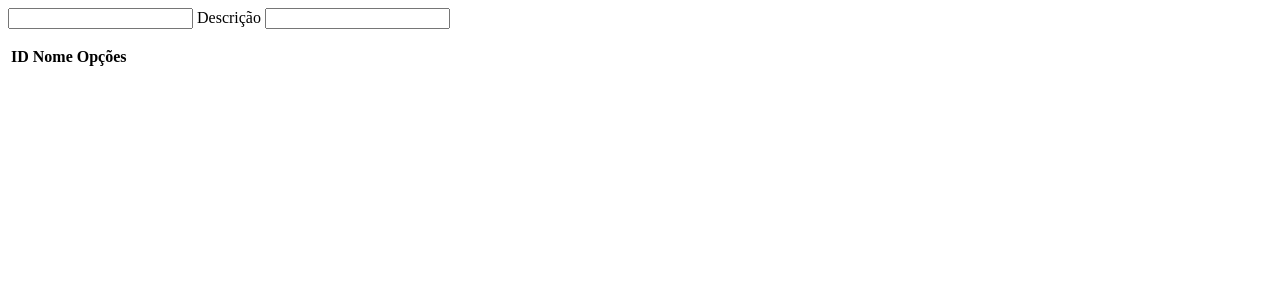
Repository: heloisakrajewski/projeto-leo
Page: Projeto/pyrafilms/WebContent/genero.html
The author's editor kept a copy of each file at every save. The page is drawn from the files as they stood at one save, then again after the next save.
The browser window is 1280 px wide. The pictures show the whole page.

Above is the page before, as saved 2016-11-26 20:34:29.

### Projeto/pyrafilms/WebContent/genero.html
<meta charset="utf-8">
    <meta http-equiv="X-UA-Compatible" content="IE=edge">
    <meta name="viewport" content="width=device-width, initial-scale=1">
    <meta name="description" content="">
    <meta name="author" content="">

<!--
<div class="container">

	<div class="panel panel-primary">
		<div class="panel-heading">Administrar genero</div>
		<div class="panel-body">

			<form id="criarGeneroForm">
				<div class="form-group">
					<label hidden>Id</label>
					<input type="text" class="form-control hidden" name="id" />

					<label>Descrição</label>
					<input type="text" class="form-control" name="descricao" />

					<br />

					<div class="btn-block btn-group">
					<input type="reset" class="btn btn-default" value="Limpar" />
					<input type="button" class="btn btn-primary" value="Salvar"
						onclick="adicionarGenero();" />
					</div>
				</div>
			</form>
		</div>
		<div class="panel panel-default">
			<div class="panel-heading">Listagem de Generos</div>
			<table id="grid-generos" class="table">
				<thead>
					<tr>
						<th class="text-center">ID</th>
						<th class="text-center">Nome</th>
						<th class="text-center">Opções</th>
					</tr>
				</thead>
				<tr>

				</tr>
			</table>
		</div>
	</div>
</div>
 -->

<div class="col-lg-6">
	 <form id="criarFilmeForm">
		<div class="form-group">
			<div class="row">
				<input type="text" class="form-control hidden" name="id" />
				<label>Descrição</label>
				<input type="text" class="form-control" name="descricao" />
			</div>
		</div>
	</form>
</div>
<div class="col-lg-6">
	<table id="grid-generos" class="table">
		<thead>
			<tr>
				<th class="text-center">ID</th>
				<th class="text-center">Nome</th>
				<th class="text-center">Opções</th>
			</tr>
		</thead>
		<tr>

		</tr>
	</table>
</div>

	<!-- <div id="images" class="panel" style="float: left;"></div> -->

	<script src="js/jquery-1.10.2.min.js" type="text/javascript"></script>
	<script src="js/json.js" type="text/javascript"></script>
	<script src="js/bootstrap.min.js"></script>
	<!-- <script src="js/custom.js" type="text/javascript"></script> -->
	<script type="text/javascript">

	var host = "http://localhost:8080/pyrafilms/services/";

	function listarGeneros() {
		$.ajax({
			url : host + 'generos/',
			type : 'GET',
			 headers: {
                 Accept : 'application/json'
  			},
			success : function(data) {
				renderizarGeneros(data);

			},
			error: function(data) {
				alert("Erro na invocaÃ§Ã£o");
			}
		});
	};

	function renderizarGeneros(data) {
		var str = "";

		$.each(data.generoes.genero, function(i, genero) {
			str += '<tr>';
			str += '<td>' + genero.id + '</td>';
			str += '<td>' + genero.descricao + '</td>';
			str += '<td class="text-center">';
			str += '<button class="btn btn-primary" onclick="carregaGenero(' + genero.id + ');">Editar</button>';
			str += '&nbsp;<button class="btn btn-danger" onclick="excluirGenero('+ genero.id +')">Excluir</button>';
			str += '</td>';
			str += '</tr>';
		});

		$("#grid-generos tbody").append(str);

	}

	function excluirGenero(id) {
		$.ajax({
				url : host + 'generos/' + id,
				type : 'DELETE',
				success : function(data) {
					$("#grid-generos tbody").remove(id);
				},
				error : function(data) {
					console.log(data);
					alert("Ocorreu um erro: " + data.status + " "
							+ data.statusText);
				}
			});

	};

	function adicionarGenero() {
		var data = $("#criarGeneroForm").serializeJSON();

		if(data.id){
			atualizaGenero(data);
  		}else {
  			criaGenero(data);
  	  	}
	}

	function atualizaGenero(data) {
		id = data.id;
			data = "{\"genero\":" + JSON.stringify(data) + "}";
			$.ajax({
			   url : host + 'generos',
			   type : 'PUT',
			   contentType : 'application/json',
			   data : data,
			   success : function(data) {
				  //alert("Incluído com sucesso!");
				  //$("#criarFilmeForm")[0].reset();
				  listarGeneros();
			   },
			   error : function(data) {
					console.log(data);
					alert("Ocorreu um erro: " + data.status + " "+ data.statusText);

			   }
			 });
		}

	function carregaGenero(id) {
		$.ajax({
			url : host + 'generos/' + id,
			type : 'GET',
			success : function(data) {
				var frm =  $("#criarGeneroForm");
				 $.each(data.genero, function(key, value){
					    $('[name='+key+']', frm).val(value);
				});
			},
			error : function(data) {
				console.log(data);
				alert("Ocorreu um erro: " + data.status + " "
						+ data.statusText);
			}
		});

	}


	function criaGenero(data){
		data = "{\"genero\":" + JSON.stringify(data) + "}";
		$.ajax({
		   url : host + 'generos',
		   type : 'POST',
		   contentType : 'application/json',
		   data : data,
		   success : function(data) {
			  alert("Incluído com sucesso!");
			  $("#criarGeneroForm")[0].reset();
			  listarGeneros();
		   },
		   error : function(data) {

				console.log(data);
				alert("Ocorreu um erro: " + data.status + " "
						+ data.statusText);
		   }
		 });
	}
	</script>
</body>
</html>

### Projeto/pyrafilms/WebContent/js/json.js
/*!
  SerializeJSON jQuery plugin.
  https://github.com/marioizquierdo/jquery.serializeJSON
  version 1.0.1 (Aug 20, 2012)

  Copyright (c) 2012 Mario Izquierdo
  Dual licensed under the MIT (http://www.opensource.org/licenses/mit-license.php)
  and GPL (http://www.opensource.org/licenses/gpl-license.php) licenses.
*/
(function ($) {
  "use strict";

  $.fn.serializeJSON = function () {
    var obj, formAsArray;
    obj = {};
    formAsArray = this.serializeArray();

    $.each(formAsArray, function (i, input) {
      var name, value, keys;
      name = input.name;
      value = input.value;

      // Split the input name in programatically readable keys
      // name = "foo"              => keys = ['foo']
      // name = "[foo]"            => keys = ['foo']
      // name = "foo[inn][bar]"    => keys = ['foo', 'inn', 'bar']
      // name = "foo[inn][arr][0]" => keys = ['foo', 'inn', 'arr', '0']
      // name = "arr[][val]"       => keys = ['arr', '', 'val']
      keys = $.map(name.split('['), function (key) {
        var last;
        last = key[key.length - 1];
        return last === ']' ? key.substring(0, key.length - 1) : key;
      });
      if (keys[0] === '') { keys.shift(); } // "[foo][inn]" should be same as "foo[inn]"

      // Set value in the object using the keys
      $.deepSet(obj, keys, value);
    });
    return obj;
  };

  // Auxiliar function to check if a variable is an Object
  var isObject = function (obj) {
    return obj === Object(obj);
  };

  /**
  Access the object in a deep key and assigns the value:

  // Examples:
  deepSet(obj, ['foo'], v)                //=> obj['foo'] = v
  deepSet(obj, ['foo', 'inn'], v)         //=> obj['foo']['inn'] = v // Create the inner obj['foo'] object, if needed
  deepSet(obj, ['foo', 'inn', 'inn'], v)  //=> obj['foo']['inn']['inn'] = v
  deepSet(obj, ['0'], v)                  //=> obj[0] = v // obj may be an Array
  deepSet(obj, [''], v)                   //=> obj.push(v) // assume obj as array, and add a new value to the end
  deepSet(obj, ['arr', '0'], v)           //=> obj['arr']['0'] = v // obj['arr'] is created as Array if needed
  deepSet(obj, ['arr', ''], v)            //=> obj['arr'].push(v)
  deepSet(obj, ['foo', 'arr', '0'], v)    //=> obj['foo']['arr'][0] = v // obj['foo'] is created as object and obj['foo']['arr'] as a Array, if needed
  deepSet(obj, ['arr', '0', 'foo'], v)    //=> obj['arr']['0']['foo'] = v // obj['foo'] is created as object and obj['foo']['arr'] as a Array and obj['foo']['arr'][0] as object, if needed

  // Complex example with array empty index,
  // it creates a new element, unless there is a nested non repeated key, so it assigns to the last element object:
  var arr = []
  deepSet(arr, [''], v)                   //=> arr === [v]
  deepSet(arr, ['', 'foo'], v)            //=> arr === [v, {foo: v}]
  deepSet(arr, ['', 'bar'], v)            //=> arr === [v, {foo: v, bar: v}]
  deepSet(arr, ['', 'bar'], v)            //=> arr === [v, {foo: v, bar: v}, {bar: v}]
  */
  $.deepSet = function (obj, keys, value) {
    if (!keys || keys.length === 0) { throw new Error("ArgumentError: keys param expected to be an array with least one key"); }
    var key, next, tail, defaultIfNotDefined, lastKey, lastElement;
    key = keys[0];
    next = keys[1];
    if (next !== undefined && next !== null) {
      tail = keys.slice(1);
      if (key === '') { // Empty key with => merge keys in the object element
        lastKey = obj.length - 1;
        lastElement = obj[obj.length - 1];
        if (isObject(lastElement) && !lastElement[next]) { // if next key is a new attribute in the last object element then set the new value in there
          key = lastKey;
        } else { // if the array does not have an object as last element, create one
          obj.push({});
          key = lastKey + 1;
        }
      }
      if (obj[key] === undefined) { // obj[key] ||= defaultIfNotDefined
        defaultIfNotDefined = (next === '' || !isNaN(parseInt(next, 10))) ? [] : {}; // Array or Object depending on next key
        obj[key] = defaultIfNotDefined;
      }
      $.deepSet(obj[key], tail, value); // Recursive access the inner Object
    } else {
      if (key === '') {
        obj.push(value);
      } else {
        obj[key] = value;
      }
    }
  };

}(jQuery));

Loaded but not shown: Projeto/pyrafilms/WebContent/js/jquery-1.10.2.min.js (library); Projeto/pyrafilms/WebContent/js/bootstrap.min.js (library)

After the next save:
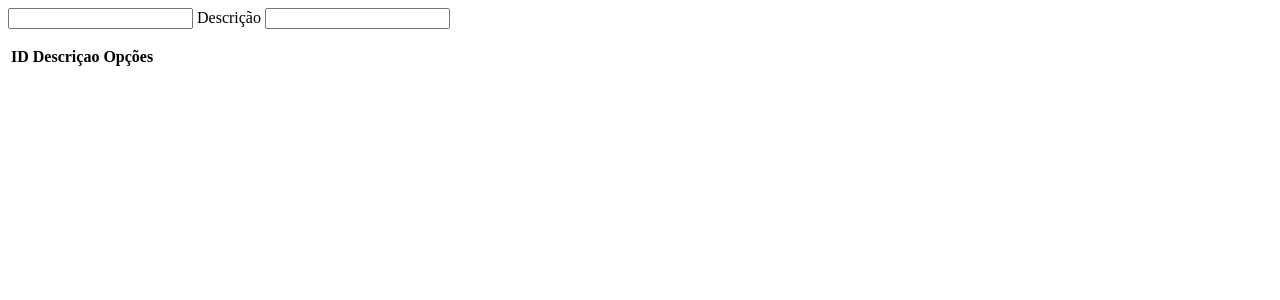
Saved 12 s later.
--- a/Projeto/pyrafilms/WebContent/genero.html
+++ b/Projeto/pyrafilms/WebContent/genero.html
@@ -64,7 +64,7 @@
 		<thead>
 			<tr>
 				<th class="text-center">ID</th>
-				<th class="text-center">Nome</th>
+				<th>Descriçao</th>
 				<th class="text-center">Opções</th>
 			</tr>
 		</thead>
